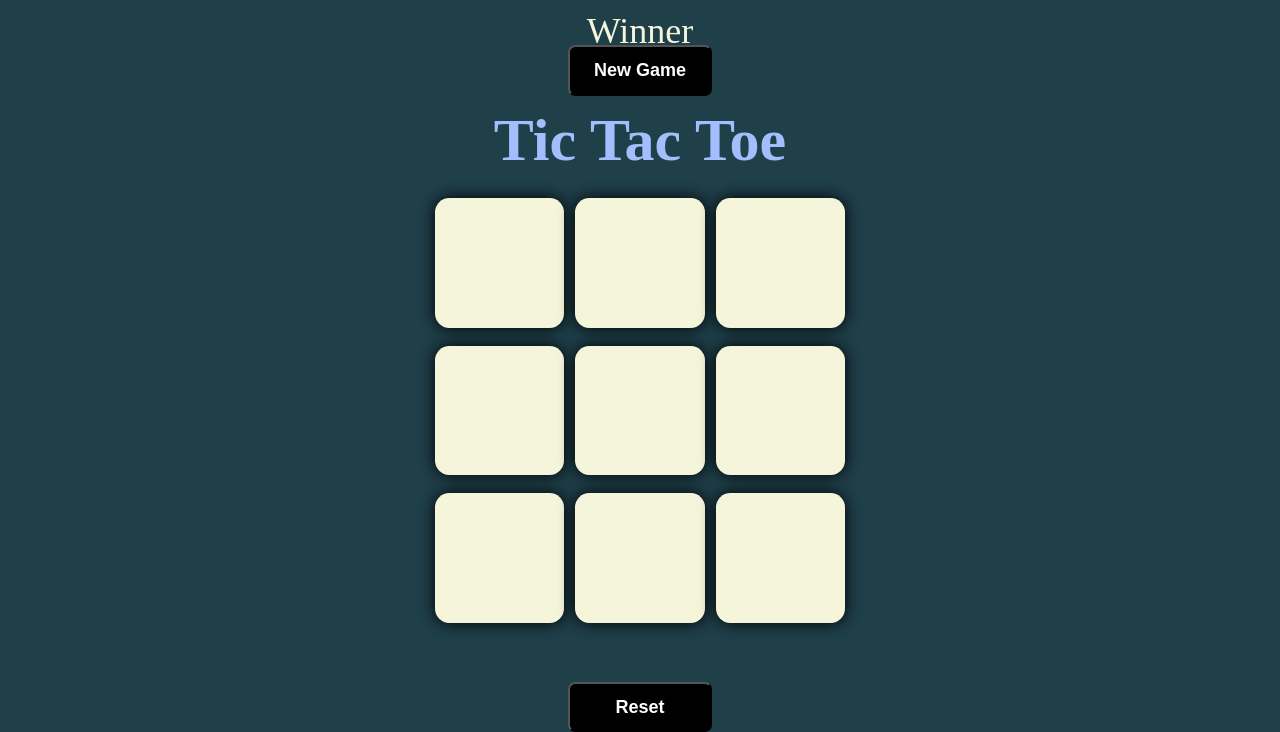
Repository: AreezAnsari/Tic-Tac-Toe
Page: Game/Game.html
The author's editor kept a copy of each file at every save. The page is drawn from the files as they stood at one save, then again after the next save.
The browser window is 1280 px wide. The pictures show the whole page.

Above is the page before, as saved 2025-06-01 15:32:12.
Console error: TypeError: box.addEventListener is not a function

### Game/Game.html
<!DOCTYPE html>
<html lang="en">
<head>
    <meta charset="UTF-8">
    <meta name="viewport" content="width=device-width, initial-scale=1.0">
    <title>Document</title>
    <link rel="stylesheet" href="Game.css">
</head>
<body>
    <div class="msg-container">
        <p class="msg">Winner</p>
        <button class="new-btn">New Game</button>
    </div>
    <main>
        <h1>Tic Tac Toe</h1>
    <div class="container">
        <div class="game">
        <button class="box"></button>
        <button class="box"></button>
        <button class="box"></button>
        <button class="box"></button>
        <button class="box"></button>
        <button class="box"></button>
        <button class="box"></button>
        <button class="box"></button>
        <button class="box"></button>
        </div>
        </div>
        <button class="reset-btn">Reset</button>
    </main>
    <script src="Game.js"></script>
</body>
</html>

### Game/Game.css
*{
    margin: 0;
    padding: 0;
}

body{
    text-align: center;
    background-color: #1F3F49;
}
h1{
    color: #A4BDFC;
    margin-top: 10px;
    padding-bottom: 20px;
    font-size: 60px;
}
.container{
    text-align: center;
    height: 70vh;
    display: flex;
    justify-content: center;
}
.game
{
    height: 60vmin;
    width: 60vmin;
    gap: 1.5vmin;
    display: flex;
    flex-wrap: wrap;
    align-items: center;
    justify-content: center;
}
.box{
    color: black;
    background-color: beige;
    height: 18vmin;
    width: 18vmin;
    font-weight: bolder;
    font-size: xxx-large;
    border: none;
    border-radius: 2vmin;
    box-shadow: 0 0 1rem rgb(0, 0, 1);
}
.box:hover {
  color: #ff0000;
  transform: translateY(-2px);
}
.box:active {
transform: scale(0.98);
}
.reset-btn{
    margin-top: -10vmin;
    align-items: center;
    padding: 1vmin;
    font-size: 2.5vmin;
    font-weight: bold;
    background-color: black;
    color: white;
    border-radius: 1vmin;
    width: 20vmin;
    height: 7vmin;
}
.reset-btn:hover {
  color: red;
  transform: translateY(-2px);
}
.reset-btn:active {
transform: scale(0.98);
}

.new-btn{
    margin-top: -10vmin;
    align-items: center;
    padding: 1vmin;
    font-size: 2.5vmin;
    font-weight: bold;
    background-color: black;
    color: white;
    border-radius: 1vmin;
    width: 20vmin;
    height: 7vmin;
}
.new-btn:hover {
  color: red;
  transform: translateY(-2px);
}
.new-btn:active {
transform: scale(0.98);
}

.msg{
    padding: 10px;
    font-size: 5vmin;
    color: beige;
}

.msg-container{
    height: 30vmini;
}

### Game/Game.js
let box = document.querySelectorAll(".box");
let button = document.querySelector("button");
let container = document.querySelector(".container");

let value = "X";

const btn = () => {
  if (value === "X") {
    button.innerHTML = "Y";
    Value = "Y";
  } else {
    button.innerText = "X";
    Value = "X";
  }
};

box.addEventListener("click", btn);

After the next save:
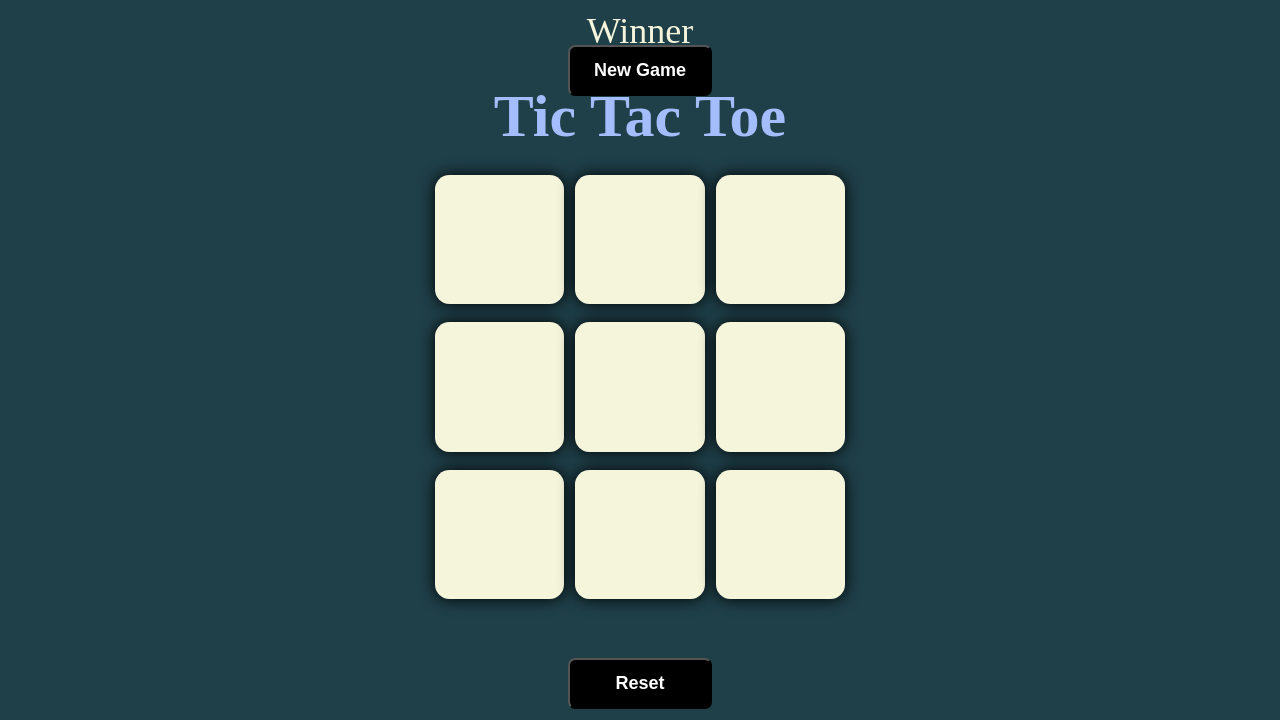
Saved 11 s later.
--- a/Game/Game.css
+++ b/Game/Game.css
@@ -94,5 +94,5 @@
 }
 
 .msg-container{
-    height: 30vmini;
+    height: 10vmin;
 }
